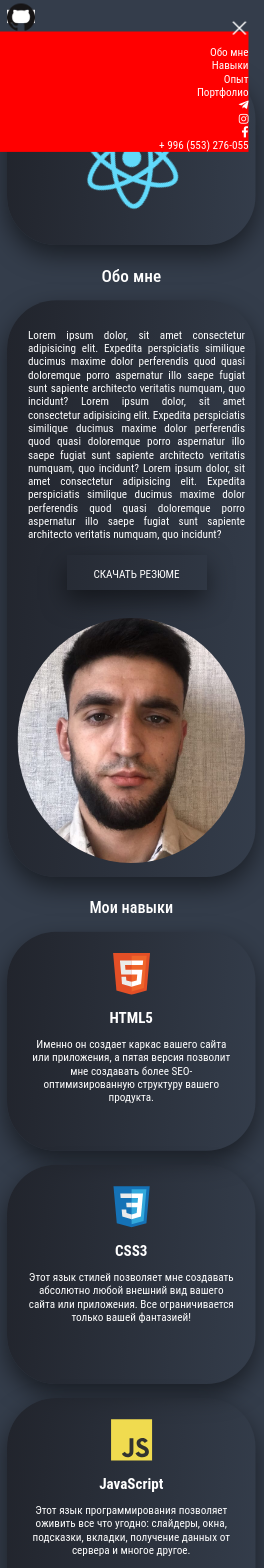
Repository: aligadzhiev0595/my-portfolio
Page: index.html
These files come from the project's save history. The page is drawn as it stood at one moment and after a run of saves; the edit follows.
The browser window is 375 px wide. The page is 377 px wide, so the pictures cover 377 px, including what lies to the right of the window. The pictures show the part of the page from y = 0 to 2240 px (the page is 5534 px tall), at 70% of full size.
After loading, the first visible `div.burger` was clicked once.
The style sheet was rebuilt from its Sass, Less or Tailwind sources for each picture, by a compiler version that may differ from the author's.

Above is the page before, as saved 2021-05-09 22:52:45.
Console error: TypeError: Cannot read properties of null (reading 'classList')

### index.html
<!DOCTYPE html>
<html lang="en">

<head>
  <meta charset="UTF-8">
  <meta name="viewport" content="width=device-width, initial-scale=1.0">
  <link rel="icon" href="./favicon-32x32.png" type="image/x-icon">
  <link rel="stylesheet" href="./src/css/style.css">
  <title>Portfolio</title>
</head>

<body data-mdb-spy="scroll" data-mdb-target="#scrollspy" data-mdb-offset="0">

  <header class="header fixed-top">
    <div class="container">
      <a href="https://github.com/hopetodie" class="header__brand" target="_blank">
        <img class="header__img" src="./src/image/header/GitHub-Mark-32px.png" alt="brand img-fluid">
      </a>
      <nav id="scrollspy" class="nav">
        <ul class="nav__list">
          <li class="nav__item">
            <a class="nav__link" href="#about-me">Обо мне</a>
          </li>
          <li class="nav__item">
            <a class="nav__link" href="#skills">Навыки</a>
          </li>
          <li class="nav__item">
            <a class="nav__link" href="#experience">Опыт</a>
          </li>
          <li class="nav__item">
            <a class="nav__link" href="#portfolio">Портфолио</a>
          </li>
        </ul>
        <ul class="nav__list">
          <li class="nav__item">
            <a class="nav__link" href="https://t.me/hopetodiex" target="_blank"><i
                class="fab fa-telegram-plane"></i></a>
          </li>
          <li class="nav__item">
            <a class="nav__link" href="https://www.instagram.com/ali.gadjiev05" target="_blank"><i
                class="fab fa-instagram"></i></a>
          </li>
          <li class="nav__item">
            <a class="nav__link" href="https://www.facebook.com/" target="_blank"><i class="fab fa-facebook-f"></i></a>
          </li>
        </ul>
        <a class="nav__phone" href="tel:996553276055">+ 996 (553) 276-055 </a>
      </nav>
      <div class="burger">
        <span class="burger__line"></span>
      </div>
    </div>
  </header>
  <main>
    <section class="react-animation">
      <div class="container">
        <div class="row">
          <div class="col">
            <div class="wrapper">
              <img class="wrapper__logo" src="./src/image/react/logo.svg" alt="">
            </div>
          </div>
          <div class="col">
            <div class="wrapper">
              <img class="wrapper__logo" src="./src/image/react/logo.svg" alt="">
            </div>
          </div>
          <div class="col">
            <div class="wrapper">
              <img class="wrapper__logo" src="./src/image/react/logo.svg" alt="">
            </div>
          </div>
          <div class="col">
            <div class="wrapper">
              <img class="wrapper__logo" src="./src/image/react/logo.svg" alt="">
            </div>
          </div>
        </div>
      </div>
    </section>
    <section class="about-me" id='about-me'>
      <div class="container">
        <h2 class="about-me__title">Обо мне</h2>
        <div class="about-me__block">
          <div class="wrapper1 wrapper">

            <p class="wrapper__subtitle">
              Lorem ipsum dolor, sit amet consectetur adipisicing elit. Expedita perspiciatis similique ducimus maxime
              dolor perferendis quod quasi doloremque porro aspernatur illo saepe fugiat sunt sapiente architecto
              veritatis numquam, quo incidunt?
              Lorem ipsum dolor, sit amet consectetur adipisicing elit. Expedita perspiciatis similique ducimus maxime
              dolor perferendis quod quasi doloremque porro aspernatur illo saepe fugiat sunt sapiente architecto
              veritatis numquam, quo incidunt?
              Lorem ipsum dolor, sit amet consectetur adipisicing elit. Expedita perspiciatis similique ducimus maxime
              dolor perferendis quod quasi doloremque porro aspernatur illo saepe fugiat sunt sapiente architecto
              veritatis numquam, quo incidunt?

            </p>
            <a class="wrapper__btn mybtn" href="./src/image/resume/Resume.pdf" download>скачать резюме</a>
          </div>
          <div class="wrapper2 wrapper">
            <div class="wrapper__img">
              <img class="img" src="./src/image/about-me/E3rtKXwRQ_w.jpeg" alt="leo its me">
            </div>
          </div>

        </div>
      </div>
    </section>
    <section class="skills" id='skills'>
      <div class="container">
        <h3 class="skills__title">Мои навыки</h3>
        <div class="row">
          <div class="col col-sm-12 col-md-4 col-lg-4 col-xl-4 hover-zoom">
            <div class="wrapper">
              <img class="wrapper__img" src="./src/image/skills/html.svg" alt="">
              <h4 class="wrapper__title">HTML5</h4>
              <p class="wrapper__subtitle">Именно он создает каркас вашего сайта или приложения, а пятая версия позволит
                мне создавать более SEO-оптимизированную структуру вашего продукта.</p>
            </div>
          </div>
          <div class="col col-sm-12 col-md-4 col-lg-4 col-xl-4 hover-zoom">
            <div class="wrapper">
              <img class="wrapper__img" src="./src/image/skills/css3.svg" alt="">
              <h4 class="wrapper__title">CSS3</h4>
              <p class="wrapper__subtitle">Этот язык стилей позволяет мне создавать абсолютно любой внешний вид вашего
                сайта или приложения. Все ограничивается только вашей фантазией!</p>
            </div>
          </div>
          <div class="col col-sm-12 col-md-4 col-lg-4 col-xl-4 hover-zoom">
            <div class="wrapper">
              <img class="wrapper__img" src="./src/image/skills/javascript.svg" alt="">
              <h4 class="wrapper__title">JavaScript</h4>
              <p class="wrapper__subtitle">Этот язык программирования позволяет оживить все что угодно: слайдеры, окна,
                подсказки, вкладки, получение данных от сервера и многое другое.</p>
            </div>
          </div>
          <div class="col col-sm-12 col-md-4 col-lg-4 col-xl-4 hover-zoom">
            <div class="wrapper">
              <img class="wrapper__img" src="./src/image/skills/jquery.svg" alt="">
              <h4 class="wrapper__title">jQuery</h4>
              <p class="wrapper__subtitle">Библиотека Jquery позволит ускорить разработку. Без необходимости
                интегрировать в проект мы её не будем, но навык работы с ней присутствует.</p>
            </div>
          </div>
          <div class="col col-sm-12 col-md-4 col-lg-4 col-xl-4 hover-zoom">
            <div class="wrapper">
              <img class="wrapper__img" src="./src/image/skills/react.svg" alt="">
              <h4 class="wrapper__title">React</h4>
              <p class="wrapper__subtitle">Это декларативная, эффективная и гибкая JavaScript библиотека для создания
                пользовательских интерфейсов. Она позволяет вам собирать сложный UI из маленьких изолированных кусочков
                кода, называемых «компонентами».</p>
            </div>
          </div>
          <div class="col col-sm-12 col-md-4 col-lg-4 col-xl-4 hover-zoom">
            <div class="wrapper">
              <img class="wrapper__img" src="./src/image/skills/redux.svg" alt="">
              <h4 class="wrapper__title">Redux</h4>
              <p class="wrapper__subtitle">Это способ управления состоянием приложения. Она основана на нескольких
                концепциях, изучив которые, можно с лёгкостью решать проблемы с состоянием.</p>
            </div>
          </div>
        </div>
      </div>
    </section>
    <section class="experience" id='experience'>
      <div class="container">
        <h3 class="experience__title">Мой опыт</h3>
        <div class="row">
          <div class="col-12 col-sm-12 col-md-4 col-lg-4 col-xl-4 ">
            <div class="wrapper exp">
              <div class="wrapper__percent">
                <svg class="wrapper__svg">
                  <circle class="wrapper__svg-circle" cx='70' cy='70' r='70'></circle>
                  <circle class="wrapper__svg-circle" cx='70' cy='70' r='70'></circle>
                </svg>
                <div class="wrapper__number">
                  <h4 class="wrapper__titleH"> <span class="wrapper__span">%</span></h4>
                </div>
              </div>

              <div class="wrapper__text">
                <h5 class="wrapper__subtitleH">HTML5</h5>
              </div>
            </div>
          </div>
          <div class="col-12 col-sm-12 col-md-4 col-lg-4 col-xl-4">
            <div class="wrapper">
              <div class="wrapper__percent">
                <svg class="wrapper__svg">
                  <circle class="wrapper__svg-circleC" cx='70' cy='70' r='70'></circle>
                  <circle class="wrapper__svg-circleC" cx='70' cy='70' r='70'></circle>
                </svg>
                <div class="wrapper__number">
                  <h4 class="wrapper__titleC"> <span class="wrapper__span">%</span></h4>
                </div>
              </div>

              <div class="wrapper__text">
                <h5 class="wrapper__subtitleC">CSS3</h5>
              </div>
            </div>
          </div>
          <div class="col-12 col-sm-12 col-md-4 col-lg-4 col-xl-4">
            <div class="wrapper">
              <div class="wrapper__percent">
                <svg class="wrapper__svg">
                  <circle class="wrapper__svg-circleJs" cx='70' cy='70' r='70'></circle>
                  <circle class="wrapper__svg-circleJs" cx='70' cy='70' r='70'></circle>
                </svg>
                <div class="wrapper__number">
                  <h4 class="wrapper__titleJs"><span class="wrapper__span">%</span></h4>
                </div>
              </div>

              <div class="wrapper__text">
                <h5 class="wrapper__subtitleJs">jS</h5>
              </div>
            </div>
          </div>
          <div class="col-12 col-sm-12 col-md-4 col-lg-4 col-xl-4">
            <div class="wrapper">
              <div class="wrapper__percent">
                <svg class="wrapper__svg">
                  <circle class="wrapper__svg-circleJ" cx='70' cy='70' r='70'></circle>
                  <circle class="wrapper__svg-circleJ" cx='70' cy='70' r='70'></circle>
                </svg>
                <div class="wrapper__number">
                  <h4 class="wrapper__titleJ"><span class="wrapper__span">%</span></h4>
                </div>
              </div>

              <div class="wrapper__text">
                <h5 class="wrapper__subtitleJ">jQuery</h5>
              </div>
            </div>
          </div>
          <div class="col-12 col-sm-12 col-md-4 col-lg-4 col-xl-4">
            <div class="wrapper">
              <div class="wrapper__percent">
                <svg class="wrapper__svg">
                  <circle class="wrapper__svg-circleR" cx='70' cy='70' r='70'></circle>
                  <circle class="wrapper__svg-circleR" cx='70' cy='70' r='70'></circle>
                </svg>
                <div class="wrapper__number">
                  <h4 class="wrapper__titleR"><span class="wrapper__span">%</span></h4>
                </div>
              </div>

              <div class="wrapper__text">
                <h5 class="wrapper__subtitleR">React</h5>
              </div>
            </div>
          </div>
          <div class="col-12 col-sm-12 col-md-4 col-lg-4 col-xl-4">
            <div class="wrapper">
              <div class="wrapper__percent">
                <svg class="wrapper__svg">
                  <circle class="wrapper__svg-circleRe" cx='70' cy='70' r='70'></circle>
                  <circle class="wrapper__svg-circleRe" cx='70' cy='70' r='70'></circle>
                </svg>
                <div class="wrapper__number">
                  <h4 class="wrapper__titleRe"><span class="wrapper__span">%</span></h4>
                </div>
              </div>

              <div class="wrapper__text">
                <h5 class="wrapper__subtitleRe">Redux</h5>
              </div>
            </div>
          </div>
        </div>
      </div>
    </section>
    <section class="portfolio" id='portfolio'>
      <div class="container">
        <h2 class="portfolio__title">Мои работы</h2>
        <div id="carousel2">
          <figure id="spinner">
            <a href="https://hopetodie.github.io/store/" target="_blank">
              <img src="./src/image/portfolio/run.webp" alt="">
            </a>
            <a href="https://hopetodie.github.io/Game-store/" target="_blank">
              <img class="portfolio-carousel-item__img" src="./src/image/portfolio/game.webp" alt="">
            </a>
            <a href="https://hopetodie.github.io/carsharing/" target="_blank">
              <img class="portfolio-carousel-item__img" src="./src/image/portfolio/car.webp" alt="">
            </a>
            <a href="https://hopetodie.github.io/IT-studio/" target="_blank">
              <img class="portfolio-carousel-item__img" src="./src/image/portfolio/it.webp" alt="">
            </a>
            <a href="https://hopetodie.github.io/Cubaa/" target="_blank">
              <img class="portfolio-carousel-item__img " src="./src/image/portfolio/kubat.webp" alt="">
            </a>
            <a href="https://hopetodie.github.io/Game-store/" target="_blank">
              <img class="portfolio-carousel-item__img" src="./src/image/portfolio/game.webp" alt="">
            </a>
            <a href="https://hopetodie.github.io/store/" target="_blank">
              <img src="./src/image/portfolio/run.webp" alt="">
            </a>
            <a href="https://hopetodie.github.io/carsharing/" target="_blank">
              <img class="portfolio-carousel-item__img" src="./src/image/portfolio/car.webp" alt="">
            </a>


          </figure>
        </div>
        <span style="float:left" class="ss-icon" onclick="galleryspin('-')">&lt;</span>
        <span style="float:right" class="ss-icon" onclick="galleryspin('')">&gt;</span>
      </div>
    </section>
    <section class="carousel">
      <div class="container">
        <h2 class="carousel__title">Мои работы</h2>
        <div class="flex-wrapper">
          <div class="slider-wrapper">
            <div class="slide active">
              <a href="https://hopetodie.github.io/store/" target="_blank">
                <img src="./src/image/portfolio/run.webp" alt="">
              </a>
            </div>
            <div class="slide">
              <a href="https://hopetodie.github.io/Game-store/" target="_blank">
                <img class="portfolio-carousel-item__img" src="./src/image/portfolio/game.webp" alt="">
              </a>
            </div>
            <div class="slide">
              <a href="https://hopetodie.github.io/carsharing/" target="_blank">
                <img class="portfolio-carousel-item__img" src="./src/image/portfolio/car.webp" alt="">
              </a>
            </div>
            <div class="slide">
              <a href="https://hopetodie.github.io/IT-studio/" target="_blank">
                <img class="portfolio-carousel-item__img" src="./src/image/portfolio/it.webp" alt="">
              </a>
            </div>
            <div class="slide">
              <a href="https://hopetodie.github.io/Cubaa/" target="_blank">
                <img class="portfolio-carousel-item__img " src="./src/image/portfolio/kubat.webp" alt="">
              </a>
            </div>
            <div id="btn-prev"></div>
            <div id="btn-next"></div>
          </div>
        </div>
        <div class="dots-wrapper">
          <span class="dot active"></span>
          <span class="dot"></span>
          <span class="dot"></span>
          <span class="dot"></span>
          <span class="dot"></span>
        </div>
      </div>
    </section>
  </main>
  <footer class="footer">
    <span> © Все права защищены</span>
  </footer>
  <script src="./src/libs/jquery/jquery.min.js"></script>
  <script src="./src/libs/mdb-ui-kit/js/mdb.min.js"></script>
  <script src="./src/js/main.js"></script>
</body>

</html>

### src/css/style.scss
@import url(../libs/mdb-ui-kit/css/mdb.min.css);
@import url(../libs/fontawesome/css/all.min.css);


body {
  background: rgb(52, 61, 75);
  color: #1B1818;
  font-weight: 400;
  font-size: 16px;
  line-height: 19px;
  font-family: 'Roboto Condensed', sans-serif;
  // font-family: 'Fire Sans', sans-serif;
}
  .container {
    max-width: 1220px;
    padding: 0 10px;
    margin: 0 auto;
}
a {
  text-decoration: none;
}
li {
  list-style: none;
}

*{
    margin: 0;
    padding: 0;
    box-sizing: border-box;
}


@import '../scss/variables';
@import '../scss/header';
@import '../scss/react-animation';
@import '../scss/about-me';
@import '../scss/skills';
@import '../scss/experience';
@import '../scss/portfolio';
@import '../scss/carousel';
@import '../scss/footer';
@import '../scss/media';

### src/scss/_variables.scss
.mybtn{
    display: block;
    outline: none;
    border:1px solid transparent;
    user-select: none;
    background-color: transparent ;
    text-align: center;
    vertical-align: middle;
    cursor: pointer;
}

### src/scss/_header.scss
.header {
    padding: 5px 0;
    transition:  0.6s ease;
    &_sticky{
        background: rgb(52, 61, 75);
        box-shadow: 0 15px 35px rgba(0, 0, 0, 0.5);
        transition: 0.6s ease;
    }
    &__brand {
        width: 50px;
        height: 50px;
        background: #fff;
        &:hover{
            -webkit-box-shadow: 0px 0px 101px 1px rgba(130,217,249,1);
            -moz-box-shadow: 0px 0px 101px 1px rgba(130,217,249,1);
            box-shadow: 0px 0px 101px 1px rgba(130,217,249,1);
            background: rgba(130,217,249,1);
        }
    }
    &__img {

        width: 40px;
        height: 40px;
    }
    .nav {

        width: 100%;
        max-width: 1220px;
        display: flex;
        justify-content: space-between;
        align-items: center;
        &__list {
            display: flex;
            margin-bottom: 0;
        }

        &__item {
            margin-right: 15px;

            &:last-child {
                margin-right: 0;
            }
        }

        &__link {
            color: #fff;
            &:hover{
                color: rgba(130,217,249,1);
            }
        }

        &__phone {
            color: #fff;
            &:hover{
                color: rgba(130,217,249,1);
            }
        }
    }
}

### src/scss/_react-animation.scss
.react-animation{
    padding-top: 100px;
    padding-bottom: 30px;
    .row{
      .col{
        .wrapper{
          box-shadow: 0 15px 35px rgba(0, 0, 0, 0.5);
          background: linear-gradient(95deg, rgb(33, 36, 44) 0%, rgba(15, 15, 16, 0) 100%);
        border-radius: 70px;
          text-align: center;
          &__logo {
            width: 250px;
            height: 250px;
            animation: React infinite 20s linear;
          }

          @keyframes React {
            from {
              transform: rotate(0deg);
            }
            to {
              transform: rotate(360deg);
            }
          }
        }
      }
    }
}

### src/scss/_skills.scss
.skills {
    padding-bottom: 50px;
    &__title{
        color: #fff;
        text-align: center;
        margin-bottom: 20px;
    }
            .wrapper {
                min-height: 313px;
                background: linear-gradient(95deg, rgb(33, 36, 44) 0%, rgba(15, 15, 16, 0) 100%);
                margin-bottom: 20px;
                box-shadow: 0 15px 35px rgba(0,0,0,0.5);
                border-radius: 70px;

                &:hover{
                    -webkit-box-shadow: 0px 0px 101px 1px rgba(130,217,249,1);
                    -moz-box-shadow: 0px 0px 101px 1px rgba(130,217,249,1);
                    box-shadow: 0px 0px 101px 1px rgba(130,217,249,1);
                }
                padding: 30px;
                &__img {
                    width: 60px;
                    height: 60px;

                    &:hover {
                        transform: scale(1.25);
                        transition: all .5s;
                    }
                }

                &__title {
                    color: #fff;
                    font-weight: bold;
                    margin-top: 20px;
                }

                &__subtitle {
                    color: #fff;
                    margin-top: 15px;
                    text-align: left;
                }
            }
        }

### src/scss/_carousel.scss
.carousel{
    display: none;
    &__title {
        padding-bottom: 20px;
        color: #fff;
        text-align: center;
    }
    .flex-wrapper{
        width: 100%;
        display: flex;
        justify-content: center;
        box-shadow: 0 15px 35px rgba(0, 0, 0, 0.5);
        border-radius: 70px;
        background: linear-gradient(95deg, rgb(33, 36, 44) 0%, rgba(15, 15, 16, 0) 100%);
    }
    .slider-wrapper{
        max-width: 800px;
        width: 100%;
        height: 490px;
        position: relative;
        box-shadow: 10px 10px 44px -10px rgba(0, 0, 0, 0.75);
    }
    #btn-prev, #btn-next{
        position: absolute;
        left: 0;
        top: 0;
        height: 100%;
        width: 50px;
        background: gray;
        opacity: 0.4;
        cursor: pointer;
        transition: opacity .2s ease-in-out;
    }
    #btn-prev{
        &:hover{
            opacity: 0.6;
        }
    }
    #btn-next{
        left: auto;
        right: 0;
        &:hover{
            opacity: 0.6;
        }
    }
    .slide{
        width: 100%;
        height: 100%;
        display: none;
    }
    .slide.active{
        display: block;
    }
    img{
        width: 100%;
        height: 100%;
    }
    .dots-wrapper{
        display: flex;
        justify-content: center;
        margin-top: 15px;
    }
    .dot.active{
        background: rgba(130,217,249,1);
    }
    span{
        width: 15px;
        height: 15px;
        border-radius: 50%;
        background: gray;
        margin-right: 10px;
        cursor: pointer;
        &:last-child{
            margin-right: 0;
        }
    }
}

### src/scss/_footer.scss
.footer{
    margin-top: 70px;
    width: 100%;
    display: flex;
    justify-content: center;
    align-items: center;
    height: 50px;
    box-shadow: 0 15px 35px rgba(0, 0, 0, 0.5);
    color: #fff;
  }

### src/scss/_media.scss
@media (max-width: 576px) {
    .container {
        max-width: 576px;
        width: 100%;
        margin: 0 auto;
    }
.header{

        .nav {
            display: none;
            align-items: flex-end;
            position: fixed;
            right: 20px;
            background: red;
            &.active {
                display: flex;
                flex-direction: column;
            }
            &__list{
                display: flex;
                flex-direction: column;
                width: 100%;
                align-items: flex-end;
                &:first-child{
                    padding-top: 20px;
                }
            }
            &__link{
            }
            &__item{
                margin-right: 0;
            }

        }
        .burger {
            position: fixed;
            top: 40px;
            transform: translateY(-50%);
            right: 20px;
            width: 26px;
            height: 26px;
            display: flex;
            align-items: center;
            cursor: pointer;

            &.active {
                .burger__line {
                    background: none;

                    &::before {
                        transform: rotate(135deg);
                        top: 0;
                    }

                    &::after {
                        transform: rotate(45deg);
                        bottom: 0;
                    }
                }
            }

            &__line {
                position: relative;
                width: 30px;
                height: 2px;
                background: #fff;

                &::before {
                    content: '';
                    position: absolute;
                    width: 100%;
                    height: 100%;
                    background: #fff;
                    top: 8px;
                    left: 0;
                    transition: .25s;
                }

                &::after {
                    content: '';
                    position: absolute;
                    width: 100%;
                    height: 100%;
                    background: #fff;
                    bottom: 8px;
                    left: 0;
                    transition: .25s;
                }
            }
        }

}
    .react-animation {
        .col {
            &:nth-child(1) {
                display: none;
            }

            &:nth-child(2) {
                display: none;
            }

            &:nth-child(3) {
                display: none;
            }
        }

    }

    .about-me {
        padding-bottom: 30px;

       &__block{
           .wrapper{
               width: 100%;
               &2{
                   margin-top: 40px;
               }
           }

       }
    }

    .portfolio {
        display: none;
        &__title {
            padding-bottom: 10px;
        }

        div#carousel2 {
            perspective: 1200px;
            box-shadow: 0 15px 35px rgba(0, 0, 0, 0.5);
            background: linear-gradient(95deg, rgb(33, 36, 44) 0%, rgba(15, 15, 16, 0) 100%);
            padding-top: 15%;
            font-size: 0;
            margin-bottom: 3rem;
            overflow: hidden;
            border-radius: 70px;

        }

        figure#spinner img {
            width: 60%;
            height: 70%;
            max-width: 425px;
            position: absolute;
            left: 22%;
            top: 10%;
            transform-origin: 50% 50% -500px;
            outline: 1px solid transparent;
        }
    }
    .carousel{
        display: block;
        &__title {
            padding-bottom: 10px;
        }
        .slider-wrapper{
            height: 200px;
        }
    }

    .skills {
        padding-bottom: 20px;

        .wrapper {
            padding: 30px;

            &__img {
                width: 60px;
                height: 60px;
                margin-left: 40%;

                &:hover {
                    transform: scale(1.25);
                    transition: all .5s;
                }
            }

            &__title {
                color: #fff;
                font-weight: bold;
                margin-top: 20px;
                text-align: center;
            }

            &__subtitle {
                color: #fff;
                margin-top: 15px;
                text-align: center;
            }
        }
    }

    .experience {
        padding-bottom: 25px;
    }
}

Loaded but not shown: src/libs/jquery/jquery.min.js (library); src/libs/mdb-ui-kit/js/mdb.min.js (library); src/libs/mdb-ui-kit/css/mdb.min.css (library); src/libs/fontawesome/css/all.min.css (library); src/js/main.js (97 lines, source omitted); src/scss/_experience.scss (419 lines, source omitted); src/scss/_about-me.scss (79 lines, source omitted); src/scss/_portfolio.scss (111 lines, source omitted)

After the next 3 saves:
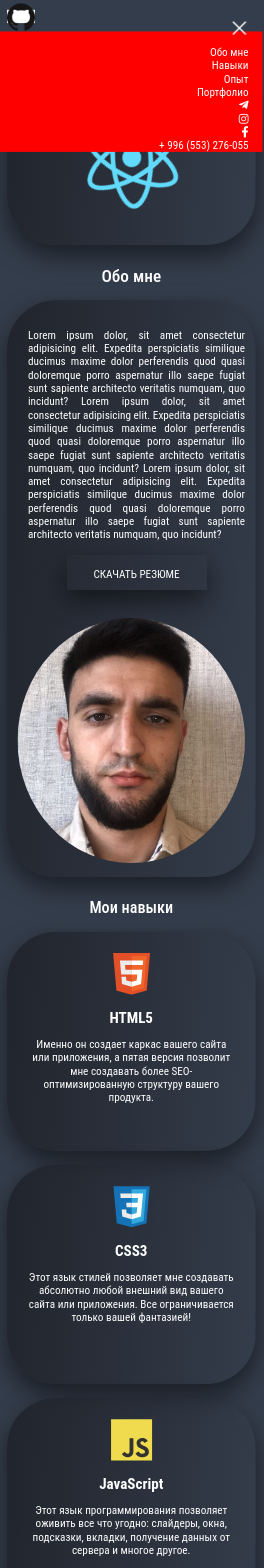
The 3 saves are shown as one change because they came seconds apart.
The last was saved 16 s later.
--- a/src/scss/_media.scss
+++ b/src/scss/_media.scss
@@ -10,7 +10,8 @@
             display: none;
             align-items: flex-end;
             position: fixed;
-            right: 20px;
+            right: 0;
+            padding-right: 20px;
             background: red;
             &.active {
                 display: flex;
